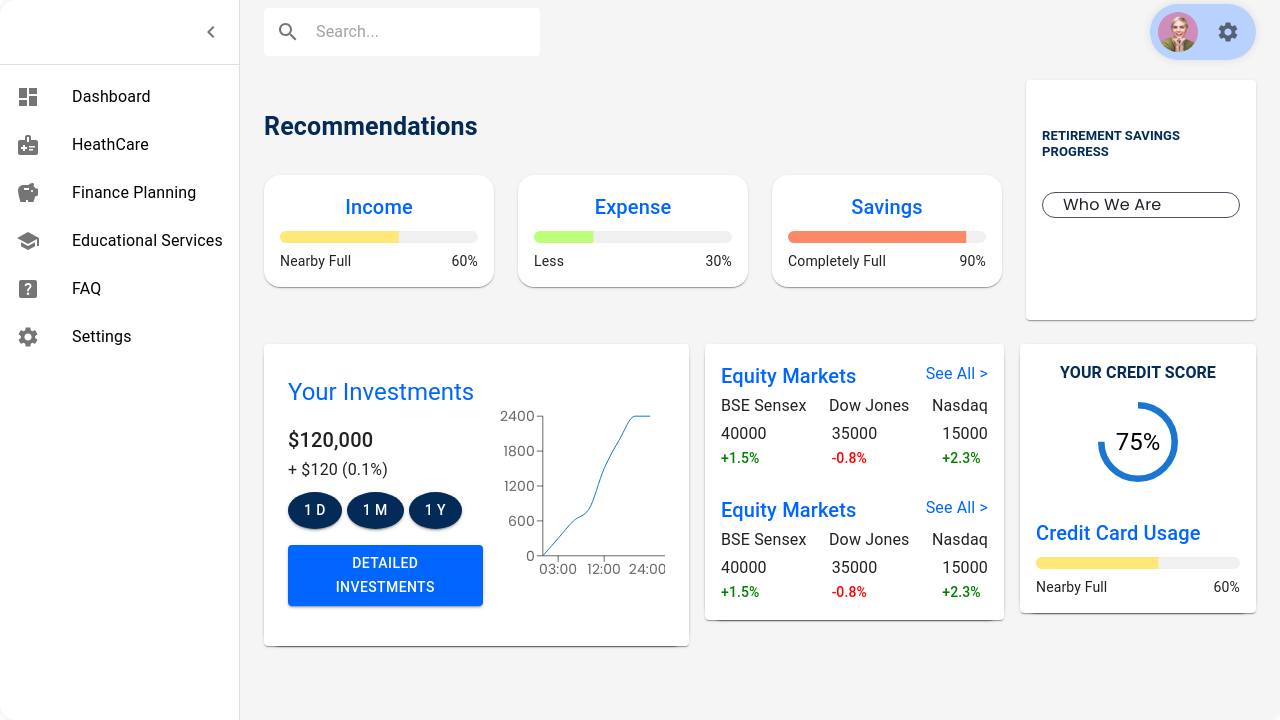
Repository: shubhampirate/TIAA_Retirement_hackathon
Page: /education
The author's editor kept a copy of each file at every save. The page is drawn from the files as they stood at one save, then again after the next save.
The browser window is 1280 px wide. The pictures show the whole page.
The project was rebuilt for these pictures with package versions that can differ from the ones it lists, and the page was loaded fresh each time. Also part of the build but not shown: src/Components/CustomButton.jsx, src/Components/Navbar.jsx, src/Components/Properties.jsx, src/Components/Footer.jsx, src/Components/Hero.jsx, src/pages/Sign_In.jsx, src/Components/GaugeChart.jsx, src/Components/Dashboard.jsx and 3 more.

Above is the page before, as saved 2023-11-18 18:50:31.

### src/index.css
@import url("https://fonts.googleapis.com/css2?family=Poppins:wght@400;500;700&display=swap");

* {
  margin: 0;
  padding: 0;
  box-sizing: border-box;
  font-family: "Poppins", sans-serif;
}

body {
  margin: 0;
  -webkit-font-smoothing: antialiased;
  -moz-osx-font-smoothing: grayscale;
}

code {
  font-family: source-code-pro, Menlo, Monaco, Consolas, "Courier New",
    monospace;
}

### src/App.jsx
import Hero from "./Components/Hero";
import SignIn from "./pages/Sign_In";
import Dashboard from "./Components/Dashboard";
import Education from "./Components/Education";
import Health from "./Components/Health";
import Settings from "./Components/Settings";
import Questions from "./Components/Questions";
import { Route, Routes } from "react-router-dom";
function App() {
  return (
    <>
      <Routes>
        <Route path="/SignIn" element={<><SignIn /></>} />
        <Route path="/dashboard" element={<><Dashboard /></>} />
        <Route path="/education" element={<><Education /></>} />
        <Route path="/health" element={<><Health /></>} />
        <Route path="/settings" element={<><Settings /></>} />
        <Route path="/questions" element={<><Questions /></>} />
        <Route path="/" element={<><Hero /></>} />
      </Routes>

    </>
  );
}

export default App;

### src/Components/Education.jsx
import * as React from 'react';
import { styled, createTheme, ThemeProvider } from '@mui/material/styles';
import CssBaseline from '@mui/material/CssBaseline';
import MuiDrawer from '@mui/material/Drawer';
import Box from '@mui/material/Box';
import MuiAppBar from '@mui/material/AppBar';
import Toolbar from '@mui/material/Toolbar';
import List from '@mui/material/List';
import Typography from '@mui/material/Typography';
import Divider from '@mui/material/Divider';
import IconButton from '@mui/material/IconButton';
// import Badge from '@mui/material/Badge';
import Container from '@mui/material/Container';
import Grid from '@mui/material/Grid';
import Paper from '@mui/material/Paper';
// import Link from '@mui/material/Link';
import MenuIcon from '@mui/icons-material/Menu';
import ChevronLeftIcon from '@mui/icons-material/ChevronLeft';
// import NotificationsIcon from '@mui/icons-material/Notifications';
import SettingsIcon from '@mui/icons-material/Settings';
import { mainListItems } from './listItems';
// import Chart from './Chart';
import Deposits from './Deposits';

import heroImg_4 from "../media/img_4.jpeg";
import Button from '@mui/material/Button';
import LinearProgress from '@mui/material/LinearProgress';
import YourComponent from './YourComponent';
import SearchIcon from '@mui/icons-material/Search';

import InputBase from '@mui/material/InputBase';



  const Title = styled(Typography)(({ theme }) => ({
    fontSize: "25px",
    color: "#042A57",
    fontWeight: "bold",
    textAlign: "left",
    margin: theme.spacing(4, 0, 4, 0),
    [theme.breakpoints.down("sm")]: {
      fontSize: "30px",
    },
  }));
const drawerWidth = 240;

const AppBar = styled(MuiAppBar, {
  shouldForwardProp: (prop) => prop !== 'open',
})(({ theme, open }) => ({
  zIndex: theme.zIndex.drawer + 1,
  transition: theme.transitions.create(['width', 'margin'], {
    easing: theme.transitions.easing.sharp,
    duration: theme.transitions.duration.leavingScreen,
  }),
  ...(open && {
    marginLeft: drawerWidth,
    width: `calc(100% - ${drawerWidth}px)`,
    transition: theme.transitions.create(['width', 'margin'], {
      easing: theme.transitions.easing.sharp,
      duration: theme.transitions.duration.enteringScreen,
    }),
  }),
}));


const ProgressBarBox = ({ title, value }) => {
    let indicatorText = '';
    let color = '';

    if (value <= 30) {
      indicatorText = 'Less';
      color = '#BDFF7B';
    } else if (value <= 70) {
      indicatorText = 'Nearby Full';
      color = '#FFE779';
    } else {
      indicatorText = 'Completely Full';
      color = '#FC8965';
    }

    return (
      <Grid item xs={12} sm={6} md={4}>
        <Paper
          sx={{
            p: 2,
            display: 'flex',
            flexDirection: 'column',
            alignItems: 'center',
            borderRadius: '16px',
          }}
        >
          <Typography variant="h6" sx={{ mb: 1, color: "#0066FF" }}>
            {title}
          </Typography>
          <LinearProgress
          variant="determinate"
          value={value}
          sx={{
            width: '100%',
            height: '12px',
            borderRadius: '8px',
            backgroundColor: '#f0f0f0',
            marginBottom: '8px',
            '& .MuiLinearProgress-bar': {
              backgroundColor: color,
            },
          }}
        />

          <Box
          sx={{
            display: 'flex',
            justifyContent: 'space-between',
            width: '100%',

          }}
        >
          <Typography variant="body2">{indicatorText}</Typography>
          <Typography variant="body2">{value}%</Typography>
        </Box>
        </Paper>
      </Grid>
    );
  };
const Drawer = styled(MuiDrawer, { shouldForwardProp: (prop) => prop !== 'open' })(
  ({ theme, open }) => ({
    '& .MuiDrawer-paper': {
      position: 'relative',
      whiteSpace: 'nowrap',
      width: drawerWidth,
      transition: theme.transitions.create('width', {
        easing: theme.transitions.easing.sharp,
        duration: theme.transitions.duration.enteringScreen,
      }),
      boxSizing: 'border-box',
      ...(!open && {
        overflowX: 'hidden',
        transition: theme.transitions.create('width', {
          easing: theme.transitions.easing.sharp,
          duration: theme.transitions.duration.leavingScreen,
        }),
        width: theme.spacing(7),
        [theme.breakpoints.up('sm')]: {
          width: theme.spacing(9),
        },
      }),
    },
  }),
);

// TODO remove, this demo shouldn't need to reset the theme.
const defaultTheme = createTheme();

export default function Education() {
  const [open, setOpen] = React.useState(true);
  const toggleDrawer = () => {
    setOpen(!open);
  };

  return (
    <ThemeProvider theme={defaultTheme}>
      <Box sx={{ display: 'flex', borderRadius: '16px', overflow: 'hidden', boxShadow: '0px 0px 10px rgba(0, 0, 0, 0.1)' }} >
        <CssBaseline />

<AppBar position="absolute" open={open} sx={{ backgroundColor: "whitesmoke", boxShadow: 'none' }}>
  <Toolbar
    sx={{
      pr: '24px', // keep right padding when drawer closed
      display: 'flex',
      alignItems: 'center',
      justifyContent: 'space-between',
    }}
  >
    <Box sx={{ display: 'flex', alignItems: 'center' }}>
      <IconButton
        edge="start"
        aria-label="open drawer"
        onClick={toggleDrawer}
        sx={{
          marginRight: '36px',
          ...(open && { display: 'none' }),
          backgroundColor: "#fff"
        }}
      >
        <MenuIcon  />
      </IconButton>

      {/* Search tab */}
      <Box sx={{ display: 'flex', alignItems: 'center', backgroundColor: 'white', borderRadius: '4px', padding: '4px' }}>
        <IconButton>
          <SearchIcon />
        </IconButton>
        <InputBase
          placeholder="Search..."
          sx={{ ml: 1 }}
        />
      </Box>

    </Box>

    <Box sx={{ display: 'flex', alignItems: 'center', backgroundColor: '#B9D2FD', boxShadow: '0px 0px 10px rgba(0, 0, 0, 0.1)', borderRadius: '40px', padding: '8px' }}>
      {/* User profile image */}
      <img
        src={heroImg_4}
        alt="User Profile"
        style={{ borderRadius: '50%', width: '40px', height: '40px', marginRight: '10px' }}
      />

      {/* Settings button */}
      <IconButton>
        <SettingsIcon />
      </IconButton>
    </Box>
  </Toolbar>
</AppBar>

        <Drawer variant="permanent" open={open}>
          <Toolbar
            sx={{
              display: 'flex',
              alignItems: 'center',
              justifyContent: 'flex-end',
              px: [1],
            }}
          >
            <IconButton onClick={toggleDrawer}>
              <ChevronLeftIcon />
            </IconButton>
          </Toolbar>
          <Divider />
          <List component="nav">
            {mainListItems}
            {/* <Divider sx={{ my: 1 }} /> */}
            {/* {secondaryListItems} */}
          </List>
        </Drawer>
        <Box
          component="main"
          sx={{
            backgroundColor: (theme) =>
              theme.palette.mode === 'light'
                ? theme.palette.grey[100]
                : theme.palette.grey[900],
            flexGrow: 1,
            height: '100vh',
            overflow: 'auto',

          }}
        >
          <Toolbar />
          <Container maxWidth="lg" sx={{ mt: 2 , mb: 4 }}>
            <Grid container spacing={3}>

            <Grid item xs={12} md={8} lg={9}>

  <Title variant="h4" sx={{color: "#042A57"}}>
             Recommendations
            </Title>
            <Grid container spacing={3}>
      <ProgressBarBox title="Income" value={60} />
      <ProgressBarBox title="Expense" value={30} />
      <ProgressBarBox title="Savings" value={90} />
    </Grid>
</Grid>


               {/* Recent Deposits */}
              <Grid item xs={12} md={4} lg={3}>
                <Paper
                  sx={{
                    p: 2,
                    display: 'flex',
                    flexDirection: 'column',
                    height: 240,
                  }}
                >
                  <Deposits />
                </Paper>
              </Grid>
              {/* Recent Orders */}
              <Grid item xs={12}>
                {/* <Paper sx={{ p: 2, display: 'flex', flexDirection: 'column' }}> */}
                  <YourComponent />
                {/* </Paper> */}
              </Grid>
            </Grid>

          </Container>
        </Box>
      </Box>
    </ThemeProvider>
  );
}

### src/Components/listItems.jsx
import * as React from 'react';
import ListItemButton from '@mui/material/ListItemButton';
import ListItemIcon from '@mui/material/ListItemIcon';
import ListItemText from '@mui/material/ListItemText';
import DashboardIcon from '@mui/icons-material/Dashboard';
import MedicalInformationIcon from '@mui/icons-material/MedicalInformation';
import SavingsIcon from '@mui/icons-material/Savings';
import SchoolIcon from '@mui/icons-material/School';
import HelpCenterIcon from '@mui/icons-material/HelpCenter';
import SettingsIcon from '@mui/icons-material/Settings';
import { Link } from 'react-router-dom';


export const mainListItems = (
  <React.Fragment>
    <Link to="/dashboard" style={{ textDecoration: "none", color: "black" }}>
      <ListItemButton>
        <ListItemIcon>
          <DashboardIcon />
        </ListItemIcon>
        <ListItemText primary="Dashboard" />
      </ListItemButton>
    </Link>
    <Link to="/health" style={{ textDecoration: "none", color: "black" }}>
      <ListItemButton>
        <ListItemIcon>
          <MedicalInformationIcon />
        </ListItemIcon>
        <ListItemText primary="HeathCare" />
      </ListItemButton>
    </Link>
    <Link to="/dashboard" style={{ textDecoration: "none", color: "black" }}>
      <ListItemButton>
        <ListItemIcon>
          <SavingsIcon />
        </ListItemIcon>
        <ListItemText primary="Finance Planning" />
      </ListItemButton>
    </Link>
    <Link to="/education" style={{ textDecoration: "none", color: "black" }}>
      <ListItemButton>
        <ListItemIcon>
          <SchoolIcon />
        </ListItemIcon>
        <ListItemText primary="Educational Services" />
      </ListItemButton>
    </Link>
    <Link to="/questions" style={{ textDecoration: "none", color: "black" }}>
      <ListItemButton>
        <ListItemIcon>
          <HelpCenterIcon />
        </ListItemIcon>
        <ListItemText primary="FAQ" />
      </ListItemButton>
    </Link>
    <Link to="/settings" style={{ textDecoration: "none", color: "black" }}>
      <ListItemButton>
        <ListItemIcon>
          <SettingsIcon />
        </ListItemIcon>
        <ListItemText primary="Settings" />
      </ListItemButton>
    </Link>
  </React.Fragment >
);

// export const secondaryListItems = (
//   <React.Fragment>
//     <ListSubheader component="div" inset>
//       Saved reports
//     </ListSubheader>
//     <ListItemButton>
//       <ListItemIcon>
//         <AssignmentIcon />
//       </ListItemIcon>
//       <ListItemText primary="Current month" />
//     </ListItemButton>
//     <ListItemButton>
//       <ListItemIcon>
//         <AssignmentIcon />
//       </ListItemIcon>
//       <ListItemText primary="Last quarter" />
//     </ListItemButton>
//     <ListItemButton>
//       <ListItemIcon>
//         <AssignmentIcon />
//       </ListItemIcon>
//       <ListItemText primary="Year-end sale" />
//     </ListItemButton>
//   </React.Fragment>
// );

### src/Components/Deposits.jsx
import * as React from 'react';
import Link from '@mui/material/Link';
import Typography from '@mui/material/Typography';
// import Title from './Title';
import { styled, createTheme, ThemeProvider } from '@mui/material/styles';
import GaugeChart from './GaugeChart';


function preventDefault(event) {
  event.preventDefault();
}
const Title = styled(Typography)(({ theme }) => ({
  fontSize: "13px",
  color: "#042A57",
  fontWeight: "bold",
  textAlign: "left",
  margin: theme.spacing(4, 0, 4, 0),
  [theme.breakpoints.down("sm")]: {
    fontSize: "20px",
  },
}))
export default function Deposits() {
  return (
    <React.Fragment>
<Title variant="h4" sx={{color: "#042A57"}}>
RETIREMENT SAVINGS PROGRESS
            </Title>

            <div style={{
           display: 'inline-flex',
           alignItems: 'center', // Align items vertically in the center
           border: '0.5px solid #4B5162',
           paddingRight: '20px',
           paddingLeft: '20px',
           borderRadius: '30px'
    }}>


       <p >Who We Are</p>
        {/* <GaugeChart/> */}
    </div>

      <div>
        <Link color="primary" href="#" onClick={preventDefault}>
        </Link>
      </div>
    </React.Fragment>
  );
}

### src/Components/Chart.jsx
import * as React from 'react';
import { useTheme } from '@mui/material/styles';
import { LineChart, Line, XAxis, YAxis, Label, ResponsiveContainer } from 'recharts';
// import Title from './Title';

// Generate Sales Data
function createData(time, amount) {
  return { time, amount };
}

const data = [
  createData('00:00', 0),
  createData('03:00', 300),
  createData('06:00', 600),
  createData('09:00', 800),
  createData('12:00', 1500),
  createData('15:00', 2000),
  createData('18:00', 2400),
  createData('21:00', 2400),
  createData('24:00', undefined),
];

export default function Chart() {
  const theme = useTheme();

  return (
    <React.Fragment>
      {/* <Title>Today</Title> */}
      <ResponsiveContainer>
        <LineChart
          data={data}
          margin={{
            top: 40,
            right: 0,
            bottom: 0,
            left: 0,
          }}
          backgroundColor="white"

        >
          <XAxis
            dataKey="time"
            stroke={theme.palette.text.secondary}
            style={theme.typography.body2}
          />
          <YAxis
            stroke={theme.palette.text.secondary}
            style={theme.typography.body2}
          >
            {/* <Label
              angle={270}
              position="left"
              style={{
                textAnchor: 'middle',
                fill: theme.palette.text.primary,
                ...theme.typography.body1,
              }}
            >
              Sales ($)
            </Label> */}
          </YAxis>
          <Line
            isAnimationActive={false}
            type="monotone"
            dataKey="amount"
            stroke={theme.palette.primary.main}
            dot={false}
          />
        </LineChart>
      </ResponsiveContainer>
    </React.Fragment>
  );
}

Loaded but not shown: public/index.html (common file); src/index.js (common file); src/Components/YourComponent.jsx (236 lines, source omitted)

After the next save:
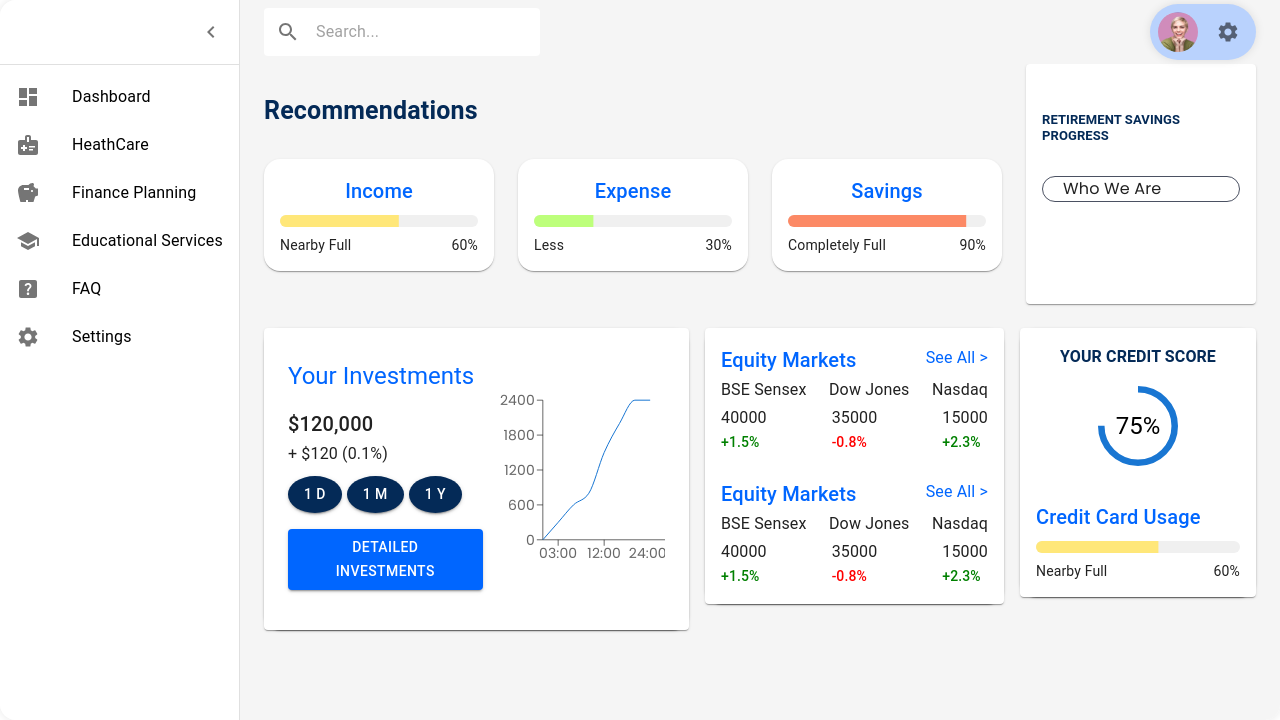
Saved 11 s later.
--- a/src/Components/Education.jsx
+++ b/src/Components/Education.jsx
@@ -248,7 +248,7 @@
           }}
         >
           <Toolbar />
-          <Container maxWidth="lg" sx={{ mt: 2 , mb: 4 }}>
+          <Container maxWidth="lg" sx={{ mt: 0 , mb: 4 }}>
             <Grid container spacing={3}>
 
             <Grid item xs={12} md={8} lg={9}>

After the save that followed:
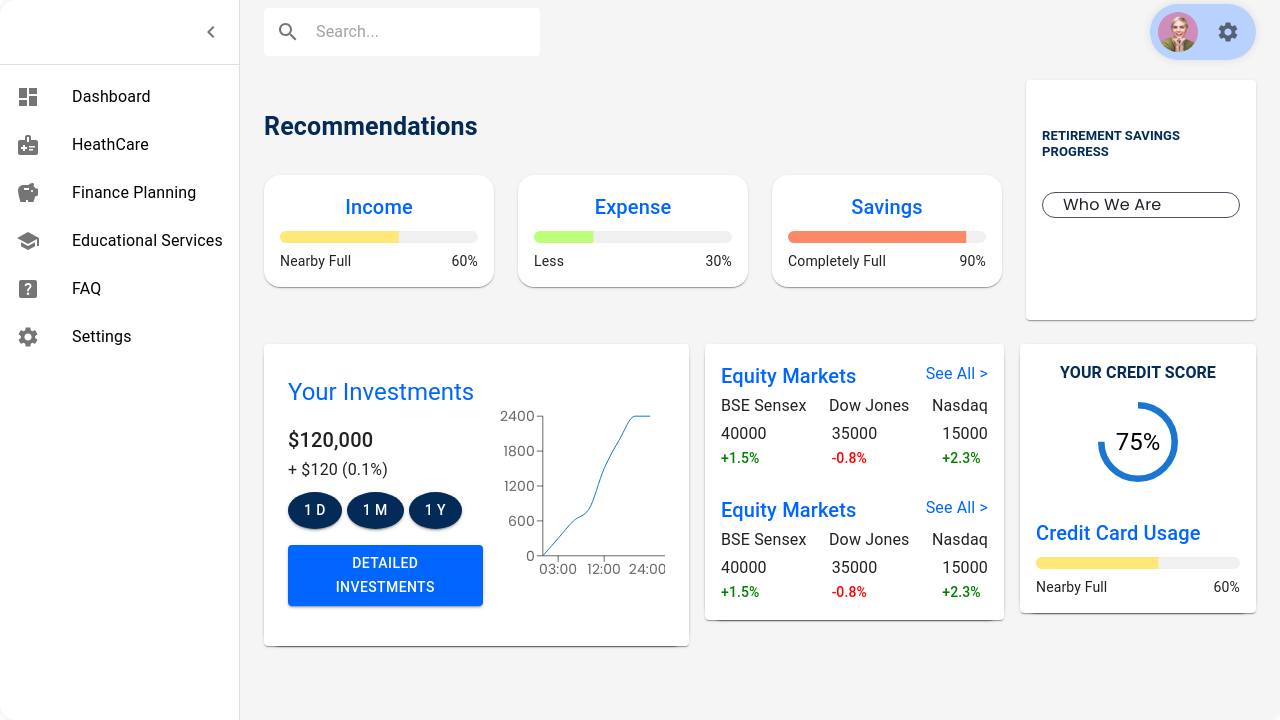
Saved 10 s later.
--- a/src/Components/Education.jsx
+++ b/src/Components/Education.jsx
@@ -248,7 +248,7 @@
           }}
         >
           <Toolbar />
-          <Container maxWidth="lg" sx={{ mt: 0 , mb: 4 }}>
+          <Container maxWidth="lg" sx={{ mt: 2 , mb: 4 }}>
             <Grid container spacing={3}>
 
             <Grid item xs={12} md={8} lg={9}>
